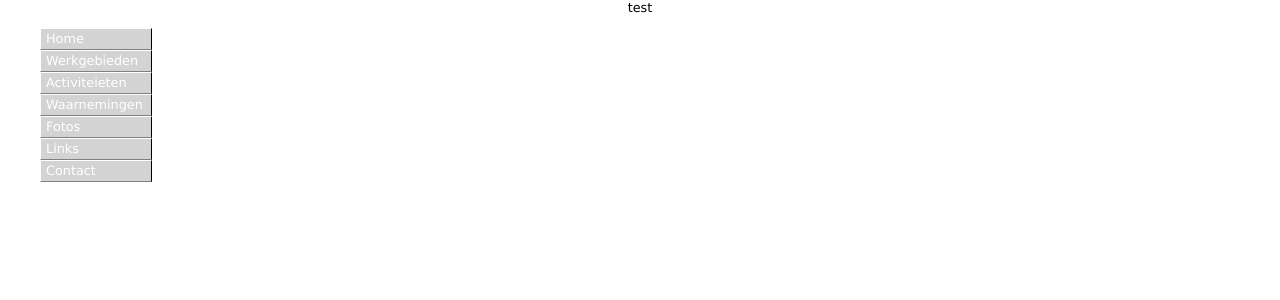
Repository: wimkok/diverse-testjes
Page: VWG/menu.html
The author's editor kept a record of every edit. The page is drawn from the files as they stood at one moment, then again after the next edit.
The browser window is 1280 px wide. The pictures show the whole page.

Above is the page before.

After the next edit:
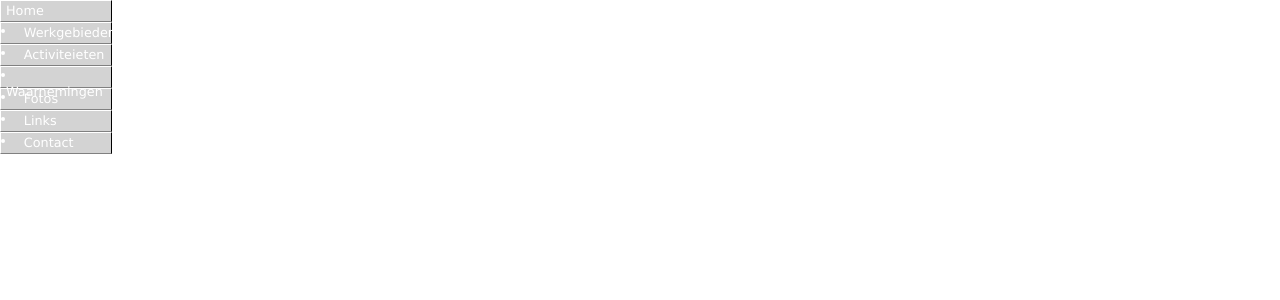
The edit:
--- a/VWG/menu.html
+++ b/VWG/menu.html
@@ -5,9 +5,7 @@
 <script src="showDOM.js"></script>
 </head>
 <body>
-    <center>test</center>
-    <ul>
-    <li class='menu-item'><a href="index.html">Home</a></li>
+    <div class='menu-item'><a href="index.html">Home</a></div>
     <li class='menu-item'><a href="werkgebied.htm">Werkgebieden</a></li>
     <li class='menu-item'><a href="intro.htm">Activiteieten</a></li>
     <li class='menu-item'><a href="waarneming.htm">Waarnemingen</a></li>
